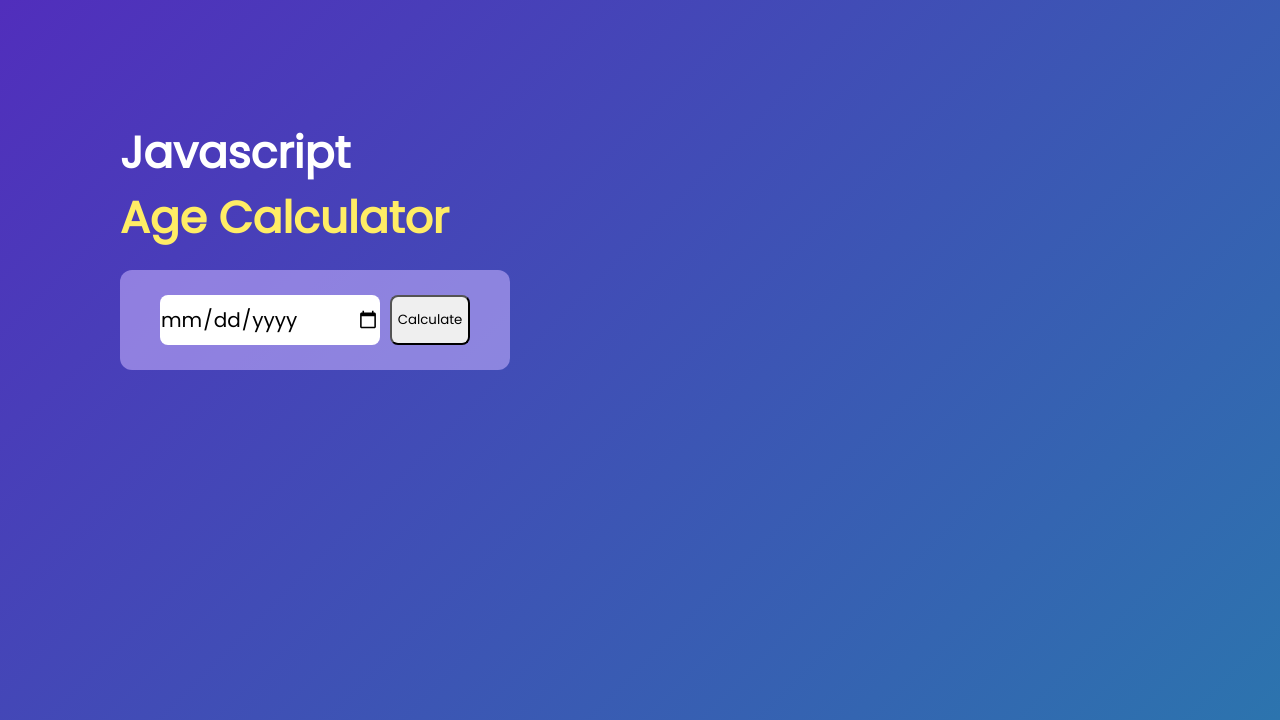
Repository: Ankitkr2021/Age-Calculator
Page: index.html
These files come from the project's save history. The page is drawn as it stood at one moment and after the next save; the edit follows.
The browser window is 1280 px wide. The pictures show the whole page.

Above is the page before, as saved 2025-10-05 10:35:29.

### index.html
<!DOCTYPE html>
<html lang="en">
<head>
    <meta charset="UTF-8">
    <meta name="viewport" content="width=device-width, initial-scale=1.0">
    <title>Age Calculator</title>
    <link rel="stylesheet" href="./style.css">
</head>
<body>
    <div class="main">
        <h1 class="js">Javascript</h1>
        <h1 class="age">Age Calculator</h1>
        <div class="box">
            <input type="date">
             <button>Calculate</button>
        </div>
    </div>
</body>
</html>

### style.css
@import url("https://fonts.googleapis.com/css2?family=Poppins&display=swap");

*{
    margin: 0;
    padding: 0;
    box-sizing: border-box;
    font-family: "Poppins",sans-serif;
}

body{
    height: 100vh;
    width: 100%;
    background: linear-gradient(135deg, rgb(81, 46, 188), rgb(44, 116, 174));
}

.main{
    /* background: #fff; */
    width: 550px;
    padding: 40px;
}

.js{
    padding-top: 80px;
    padding-left: 80px;
    color: #fff;
    font-size: 44px;
    font-weight: 800;
}

.age{
    /* padding-top: 80px; */
    padding-left: 80px;
    color: #ffed65;
    font-size: 44px;
    font-weight: 800;
}

.box {
    height: 100px;
    display: flex;
    align-items: center;
    justify-content: space-between;
    padding: 40px;
    margin-top: 20px;
    margin-left: 80px;
    background: #c8b2ff8f;
    border-radius: 12px;
}

input {
    width: 220px;
    height: 50px;
    border-radius: 8px;
    border: none;
    font-size: 20px;
}

button {
    width: 80px;
    height: 50px;
    border-radius: 8px;
    border-radius: none;

}

After the next save:
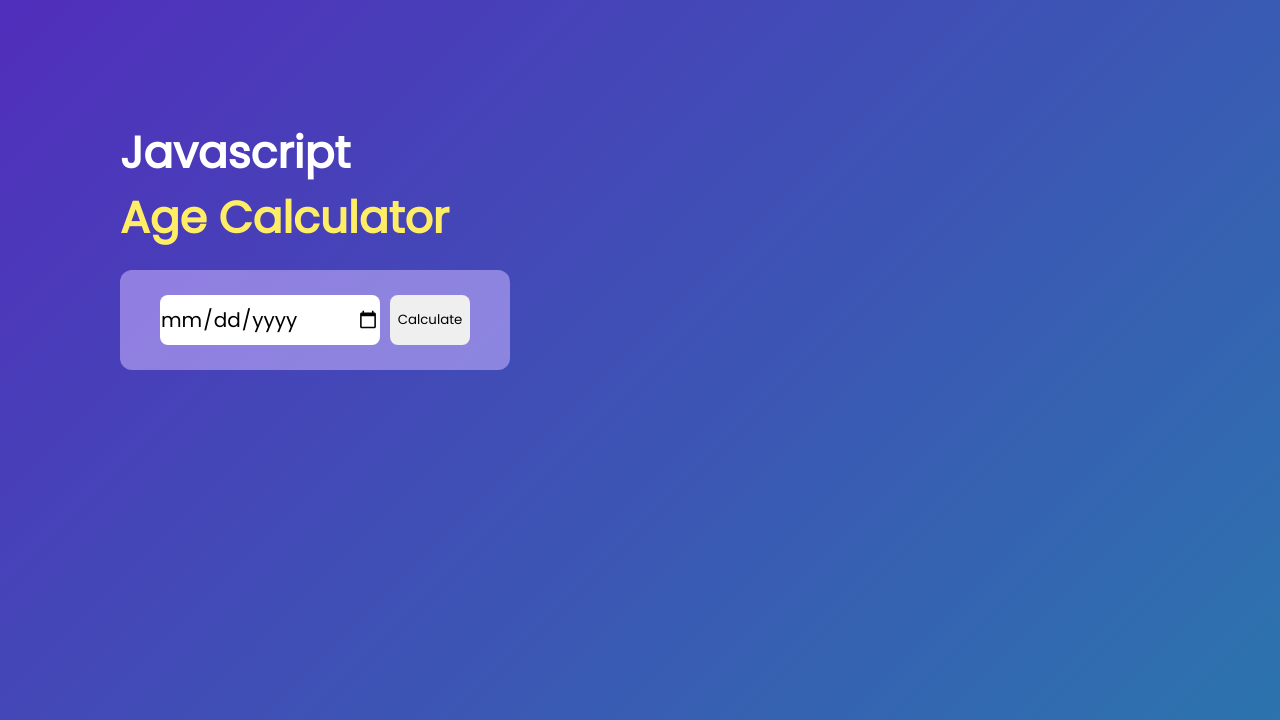
Saved 5 s later.
--- a/style.css
+++ b/style.css
@@ -59,6 +59,6 @@
     width: 80px;
     height: 50px;
     border-radius: 8px;
-    border-radius: none;
+    border: none;
 
 }
